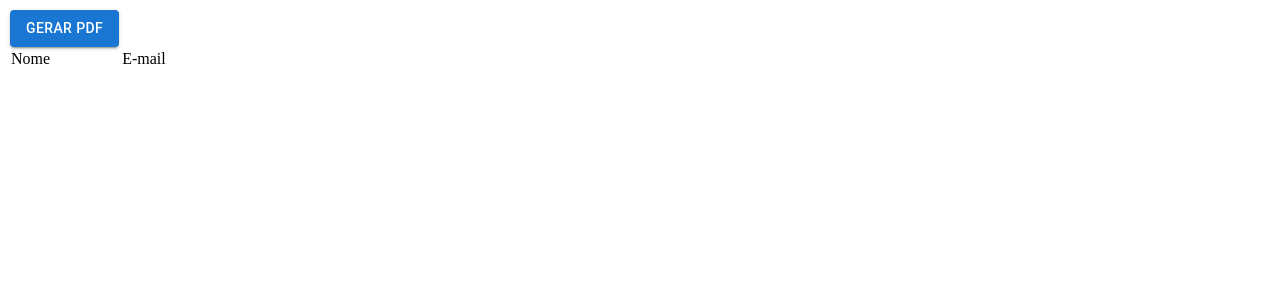
Repository: yasmimSM2007/aula08
Page: / (app in cliente/)
These files come from the project's save history. The page is drawn as it stood at one moment and after a run of saves; the edit follows.
The browser window is 1280 px wide. The pictures show the whole page.
The page's requests for data from a server got no answer. The project was rebuilt for these pictures with package versions that can differ from the ones it lists, and the page was loaded fresh each time. No one was signed in, and anything a server would have sent is missing. Also part of the build but not shown: cliente/src/pages/Registro.jsx, cliente/src/pages/Altera.jsx.

Above is the page before, as saved 2025-01-24 15:45:34.

After the next 2 saves:
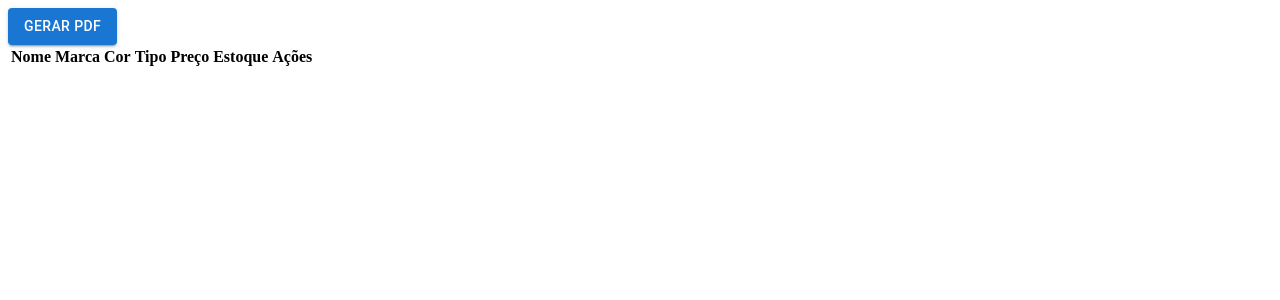
The 2 saves are shown as one change because 1 did not build or start.
The last was saved 16 min 27 s later.
--- a/cliente/src/pages/Home.jsx
+++ b/cliente/src/pages/Home.jsx
@@ -1,75 +1,94 @@
 import { useEffect, useState } from "react";
 import { jsPDF } from "jspdf";
 import "jspdf-autotable";
-import {Link} from "react-router-dom"
+import { Link } from "react-router-dom";
 import { Button } from "@mui/material";
-import DeleteForever from '@mui/icons-material/DeleteForever'
+import DeleteForever from "@mui/icons-material/DeleteForever";
 
 export default function Home() {
-
-  const [usuarios, setUsuarios] = useState([]);
+  const [esmaltes, setEsmaltes] = useState([]);
 
   useEffect(() => {
-    const buscarUsuario = async () => {
+    const buscarEsmaltes = async () => {
       try {
-        const resposta = await fetch("http://localhost:3000/usuarios");
+        const resposta = await fetch("http://localhost:3000/esmaltes");
         const dados = await resposta.json();
-        setUsuarios(dados);
+        setEsmaltes(dados);
       } catch {
-        alert('Ocorreu um erro no app!');
+        alert("Erro ao buscar esmalte");
       }
-    }
-    buscarUsuario();
-  }, [usuarios]);
+    };
+    buscarEsmaltes();
+  }, []);
 
-  const removerPessoa = async (id) => {
-    try{
-      await fetch('http://localhost:3000/usuarios/'+id, {
-        method: 'DELETE'
+  const removerEsmalte = async (id) => {
+    try {
+      await fetch(`http://localhost:3000/esmaltes/${id}`, {
+        method: "DELETE",
       });
-
-    }catch{
-      alert('Ocorreu um erro na aplicação')
+      setEsmaltes(esmaltes.filter((esmalte) => esmalte.id !== id));
+    } catch {
+      alert("Ocorreu um erro na aplicação");
     }
   };
 
-  const exportarPDF = () =>{
+  const exportarPDF = () => {
     const doc = new jsPDF();
-    const tabela = usuarios.map ( usuario =>[
-      usuario.id,
-      usuario.nome,
-      usuario.email
+    const tabela = esmaltes.map((esmalte) => [
+      esmalte.id,
+      esmalte.name,
+      esmalte.brand,
+      esmalte.color,
+      esmalte.type,
+      `R$ ${esmalte.price.toFixed(2)}`,
+      esmalte.stock,
     ]);
-    doc.text("Lista de usuarios",10,10);
-    doc.autoTable ({
-      head: [["ID", "Nome", "Email"]],
-      body: tabela
-  });
-     doc.save("alunos.pdf");
-  }
+    doc.text("Lista de Esmaltes", 10, 10);
+    doc.autoTable({
+      head: [["ID", "Nome", "Marca", "Cor", "Tipo", "Preço", "Estoque"]],
+      body: tabela,
+    });
+    doc.save("esmaltes.pdf");
+  };
 
   return (
     <div>
-    <table>
-    <Button variant = "contained" onClick={()=> exportarPDF()}>Gerar PDF</Button>
-      <tr>
-        <td>Nome</td>
-        <td>E-mail</td>
-      </tr>
-      {usuarios.map((usuario) =>
-        <tr key={usuario.id}>
-          <td>{usuario.nome}</td>
-          <td>{usuario.email}</td>
-          <td><button onClick={() => removerPessoa(usuario.id)}>
-            <DeleteForever/>
-          </button>
-          <Link to={'/alterar/' + usuario.id}>
-          <button>Alterar</button>
-          </Link>
-          </td>
-        </tr>
-      )}
-    </table>
+      <Button variant="contained" onClick={exportarPDF}>
+        Gerar PDF
+      </Button>
+      <table>
+        <thead>
+          <tr>
+            <th>Nome</th>
+            <th>Marca</th>
+            <th>Cor</th>
+            <th>Tipo</th>
+            <th>Preço</th>
+            <th>Estoque</th>
+            <th>Ações</th>
+          </tr>
+        </thead>
+        <tbody>
+          {esmaltes.map((esmalte) => (
+            <tr key={esmalte.id}>
+              <td>{esmalte.name}</td>
+              <td>{esmalte.brand}</td>
+              <td>{esmalte.color}</td>
+              <td>{esmalte.type}</td>
+              <td>R$ {esmalte.price.toFixed(2)}</td>
+              <td>{esmalte.stock}</td>
+              <td>
+                <button onClick={() => removerEsmalte(esmalte.id)}>
+                  <DeleteForever />
+                </button>
+                <Link to={`/alterar/${esmalte.id}`}>
+                  <button>Alterar</button>
+                </Link>
+              </td>
+            </tr>
+          ))}
+        </tbody>
+      </table>
     </div>
   );
 }

After the save that followed:
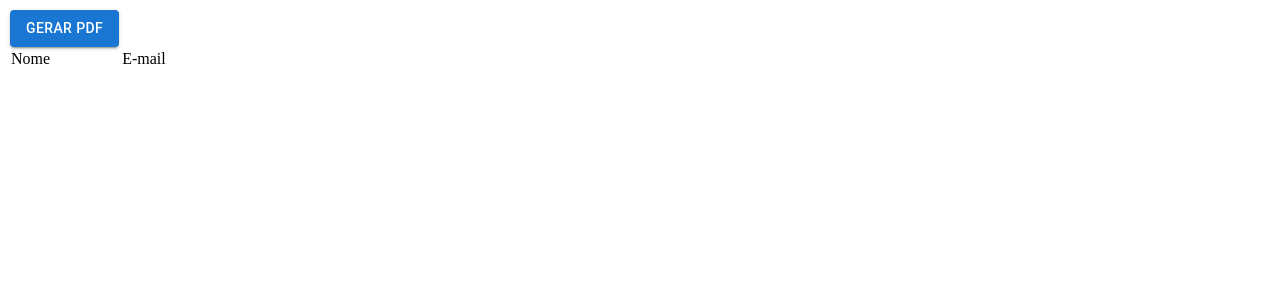
Saved 4 min 22 s later.
--- a/cliente/src/pages/Home.jsx
+++ b/cliente/src/pages/Home.jsx
@@ -1,94 +1,75 @@
 import { useEffect, useState } from "react";
 import { jsPDF } from "jspdf";
 import "jspdf-autotable";
-import { Link } from "react-router-dom";
+import {Link} from "react-router-dom"
 import { Button } from "@mui/material";
-import DeleteForever from "@mui/icons-material/DeleteForever";
+import DeleteForever from '@mui/icons-material/DeleteForever'
 
 export default function Home() {
-  const [esmaltes, setEsmaltes] = useState([]);
+
+  const [usuarios, setUsuarios] = useState([]);
 
   useEffect(() => {
-    const buscarEsmaltes = async () => {
+    const buscarUsuario = async () => {
       try {
-        const resposta = await fetch("http://localhost:3000/esmaltes");
+        const resposta = await fetch("http://localhost:3000/usuarios");
         const dados = await resposta.json();
-        setEsmaltes(dados);
+        setUsuarios(dados);
       } catch {
-        alert("Erro ao buscar esmalte");
+        alert('Ocorreu um erro no app!');
       }
-    };
-    buscarEsmaltes();
-  }, []);
+    }
+    buscarUsuario();
+  }, [usuarios]);
 
-  const removerEsmalte = async (id) => {
-    try {
-      await fetch(`http://localhost:3000/esmaltes/${id}`, {
-        method: "DELETE",
+  const removerPessoa = async (id) => {
+    try{
+      await fetch('http://localhost:3000/usuarios/'+id, {
+        method: 'DELETE'
       });
-      setEsmaltes(esmaltes.filter((esmalte) => esmalte.id !== id));
-    } catch {
-      alert("Ocorreu um erro na aplicação");
+
+    }catch{
+      alert('Ocorreu um erro na aplicação')
     }
   };
 
-  const exportarPDF = () => {
+  const exportarPDF = () =>{
     const doc = new jsPDF();
-    const tabela = esmaltes.map((esmalte) => [
-      esmalte.id,
-      esmalte.name,
-      esmalte.brand,
-      esmalte.color,
-      esmalte.type,
-      `R$ ${esmalte.price.toFixed(2)}`,
-      esmalte.stock,
+    const tabela = usuarios.map ( usuario =>[
+      usuario.id,
+      usuario.nome,
+      usuario.email
     ]);
-    doc.text("Lista de Esmaltes", 10, 10);
-    doc.autoTable({
-      head: [["ID", "Nome", "Marca", "Cor", "Tipo", "Preço", "Estoque"]],
-      body: tabela,
-    });
-    doc.save("esmaltes.pdf");
-  };
+    doc.text("Lista de usuarios",10,10);
+    doc.autoTable ({
+      head: [["ID", "Nome", "Email"]],
+      body: tabela
+  });
+     doc.save("alunos.pdf");
+  }
 
   return (
     <div>
-      <Button variant="contained" onClick={exportarPDF}>
-        Gerar PDF
-      </Button>
-      <table>
-        <thead>
-          <tr>
-            <th>Nome</th>
-            <th>Marca</th>
-            <th>Cor</th>
-            <th>Tipo</th>
-            <th>Preço</th>
-            <th>Estoque</th>
-            <th>Ações</th>
-          </tr>
-        </thead>
-        <tbody>
-          {esmaltes.map((esmalte) => (
-            <tr key={esmalte.id}>
-              <td>{esmalte.name}</td>
-              <td>{esmalte.brand}</td>
-              <td>{esmalte.color}</td>
-              <td>{esmalte.type}</td>
-              <td>R$ {esmalte.price.toFixed(2)}</td>
-              <td>{esmalte.stock}</td>
-              <td>
-                <button onClick={() => removerEsmalte(esmalte.id)}>
-                  <DeleteForever />
-                </button>
-                <Link to={`/alterar/${esmalte.id}`}>
-                  <button>Alterar</button>
-                </Link>
-              </td>
-            </tr>
-          ))}
-        </tbody>
-      </table>
+    <table>
+    <Button variant = "contained" onClick={()=> exportarPDF()}>Gerar PDF</Button>
+      <tr>
+        <td>Nome</td>
+        <td>E-mail</td>
+      </tr>
+      {usuarios.map((usuario) =>
+        <tr key={usuario.id}>
+          <td>{usuario.nome}</td>
+          <td>{usuario.email}</td>
+          <td><button onClick={() => removerPessoa(usuario.id)}>
+            <DeleteForever/>
+          </button>
+          <Link to={'/alterar/' + usuario.id}>
+          <button>Alterar</button>
+          </Link>
+          </td>
+        </tr>
+      )}
+    </table>
     </div>
   );
 }
